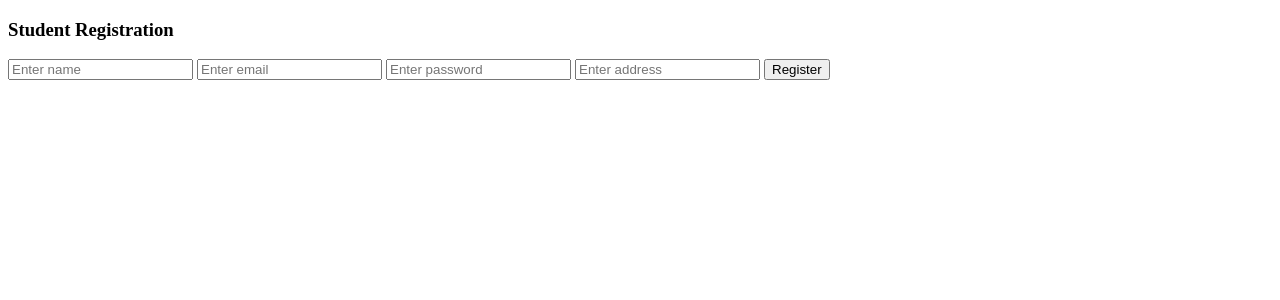
Repository: shubham71099/jdbc_mvc
Page: mvcjdbcexam/src/main/webapp/register.html
These files come from the project's save history. The page is drawn as it stood at one moment and after the next save; the edit follows.
The browser window is 1280 px wide. The pictures show the whole page.

Above is the page before, as saved 2024-06-02 08:03:34.

After the next save:
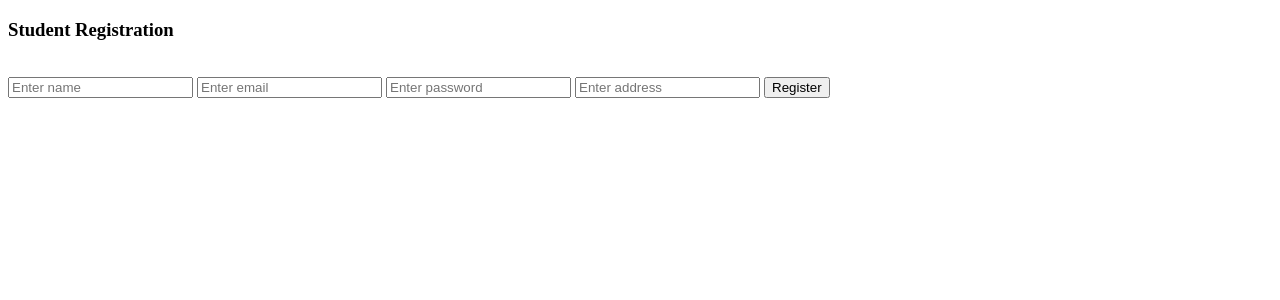
Saved 6 s later.
--- a/mvcjdbcexam/src/main/webapp/register.html
+++ b/mvcjdbcexam/src/main/webapp/register.html
@@ -5,7 +5,7 @@
 <title>Register</title>
 </head>
 <body>
-	<h3>Student Registration </h3>
+	<h3>Student Registration </h3><br>
 	<form action="" method="post">
 		<input type="text" name="name" placeholder="Enter name">
 		<input type="text" name="email" placeholder="Enter email">
